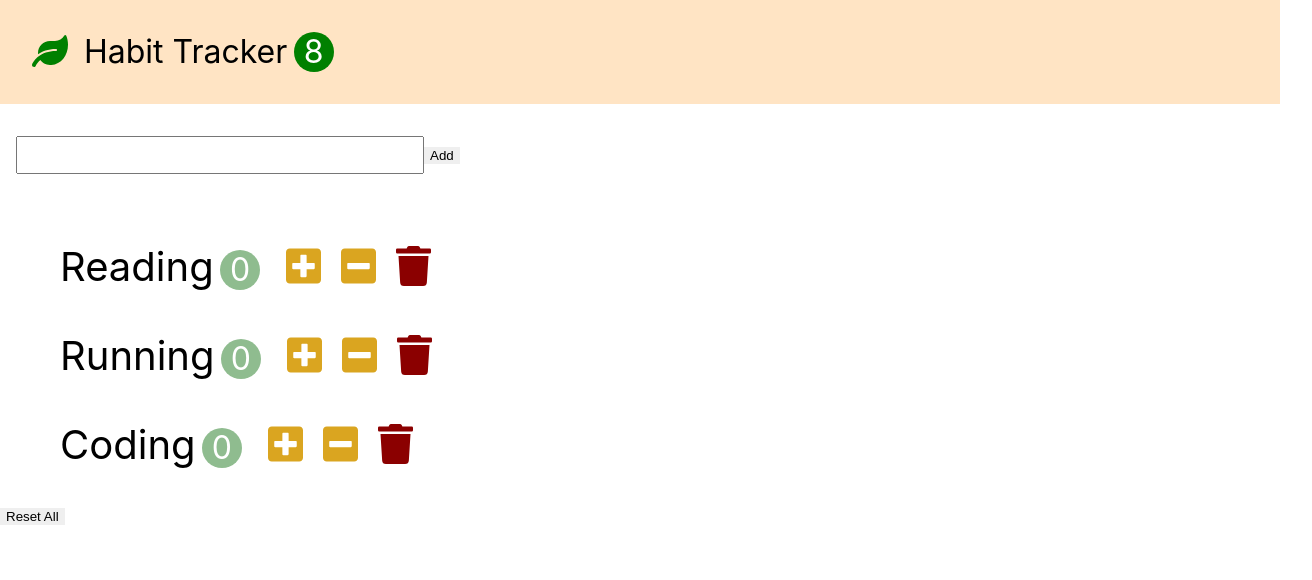
Repository: keehoonjung/react-habit-tracker
Page: / (app in react/habit-tracker/)
These files come from the project's save history. The page is drawn as it stood at one moment and after the next save; the edit follows.
The browser window is 1280 px wide. The page is 1312 px wide, so the pictures cover 1312 px, including what lies to the right of the window. The pictures show the whole page.
The project was rebuilt for these pictures with package versions that can differ from the ones it lists, and the page was loaded fresh each time.

Above is the page before, as saved 2021-08-30 18:35:09.

After the next save:
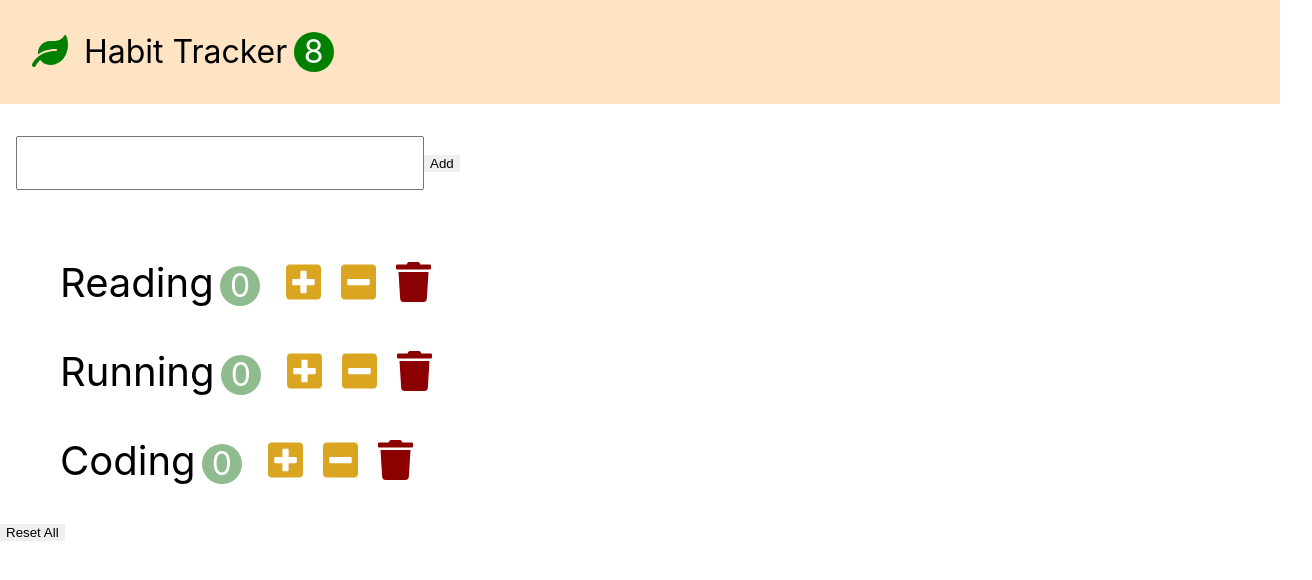
Saved 4 s later.
--- a/react/habit-tracker/src/app.css
+++ b/react/habit-tracker/src/app.css
@@ -36,7 +36,7 @@ button {
 
 .input {
   width: 25rem;
-  height: 2rem;
+  height: 3rem;
 }
 
 .habit {
